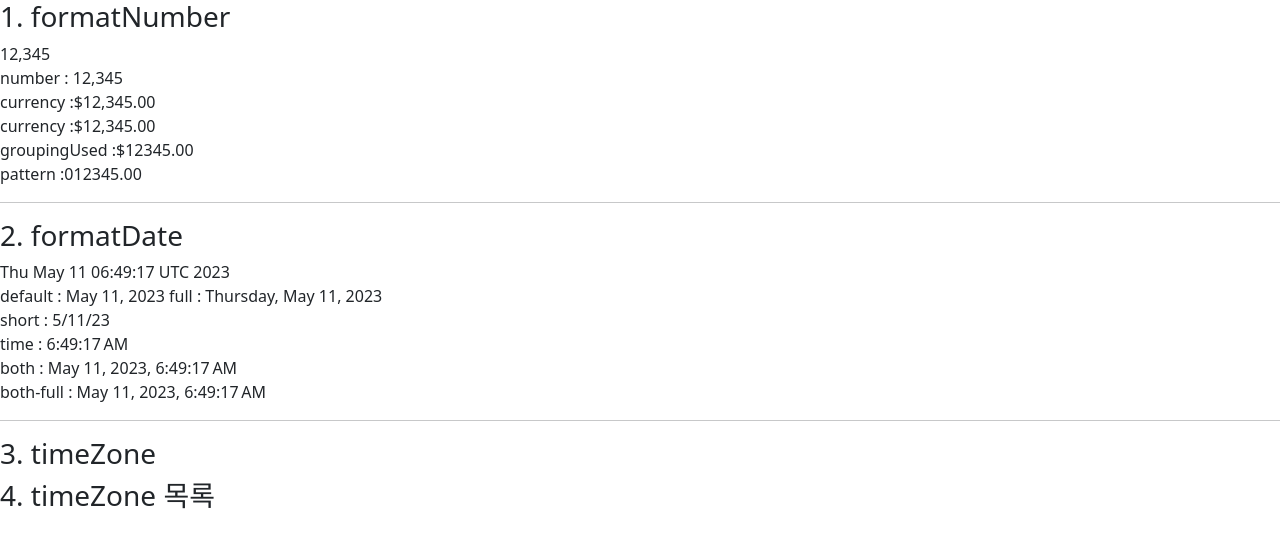
Repository: yeobleeme/06_jsp_basic
Page: http://localhost/jsp01_basic/jsp11_jstl/jsp09_format_03.jsp
These files come from the project's save history. The page is drawn as it stood at one moment and after the next save; the edit follows.
The browser window is 1280 px wide. The pictures show the whole page.
The page is served by Tomcat 9. Other server files are loaded and not shown.

Above is the page before, as saved 2023-05-15 05:45:09.

### jsp01_basic/WebContent/jsp11_jstl/jsp09_format_03.jsp
<%@page language="java" contentType="text/html; charset=UTF-8" pageEncoding="UTF-8"%>
<%@taglib prefix="c" uri="http://java.sun.com/jsp/jstl/core"%>
<%@taglib prefix="fmt" uri="http://java.sun.com/jsp/jstl/fmt" %>

<!DOCTYPE html>
<html>
<head>
	<meta charset="UTF-8">
	<meta name="viewport" content="width=device-width, initial-scale=1, minimum-scale=1, maximum-scale=1">
  	<link href="https://cdn.jsdelivr.net/npm/bootstrap@5.2.3/dist/css/bootstrap.min.css" rel="stylesheet">
  	<script src="https://cdn.jsdelivr.net/npm/bootstrap@5.2.3/dist/js/bootstrap.bundle.min.js"></script>
	<title>Insert title here</title>
</head>
<body>
	<h3>1. formatNumber</h3>
	<c:set var="price" value="12345"/>
	<fmt:formatNumber value="${ price }" type="number"/><br>
	number       : <fmt:formatNumber value="${ price }" type="number"/><br>
	currency     :<fmt:formatNumber value="${ price }" type="currency"/><br>
	currency     :<fmt:formatNumber value="${ price }" type="currency" currencySymbol="$"/><br>
	groupingUsed :<fmt:formatNumber value="${ price }" type="currency" currencySymbol="$" groupingUsed="false"/><br>
	pattern      :<fmt:formatNumber value="${ price }" type="currency" currencySymbol="$" pattern="000000.00"/><br>
	<hr />

	<h3>2. formatDate</h3>
	<c:set var="now" value="<%= new java.util.Date() %>"/>
	${ now }<br>
	default : <fmt:formatDate value="${ now }" type="date"/>
	full    : <fmt:formatDate value="${ now }" type="date" dateStyle="full" /> <br />
	short   : <fmt:formatDate value="${ now }" type="date" dateStyle="short" /> <br />
	time   : <fmt:formatDate value="${ now }" type="time" /> <br />
	both   : <fmt:formatDate value="${ now }" type="both" /> <br />
	both-full : <fmt:formatDate value="${ now }" type="both" /> <br />



	<hr />
	<h3>3. timeZone</h3>
	<h3>4. timeZone 목록</h3>
</body>
</html>

After the next save:
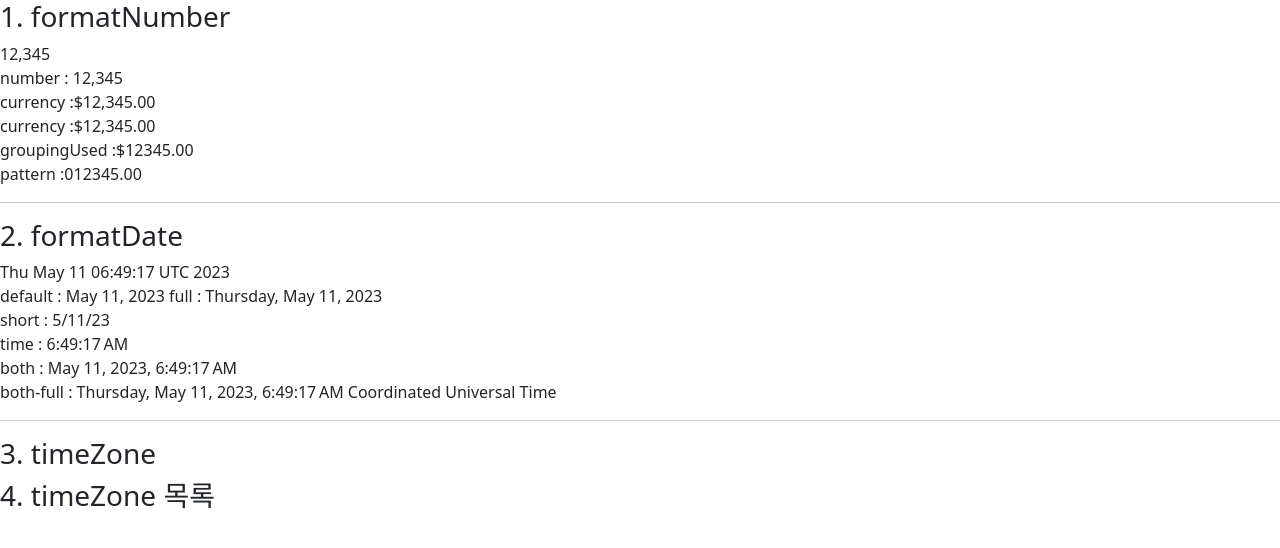
Saved 22 s later.
--- a/jsp01_basic/WebContent/jsp11_jstl/jsp09_format_03.jsp
+++ b/jsp01_basic/WebContent/jsp11_jstl/jsp09_format_03.jsp
@@ -30,7 +30,7 @@
 	short   : <fmt:formatDate value="${ now }" type="date" dateStyle="short" /> <br />
 	time   : <fmt:formatDate value="${ now }" type="time" /> <br />
 	both   : <fmt:formatDate value="${ now }" type="both" /> <br />
-	both-full : <fmt:formatDate value="${ now }" type="both" /> <br />
+	both-full : <fmt:formatDate value="${ now }" type="both" dateStyle="full" timeStyle="full" /> <br />
 
 
 
